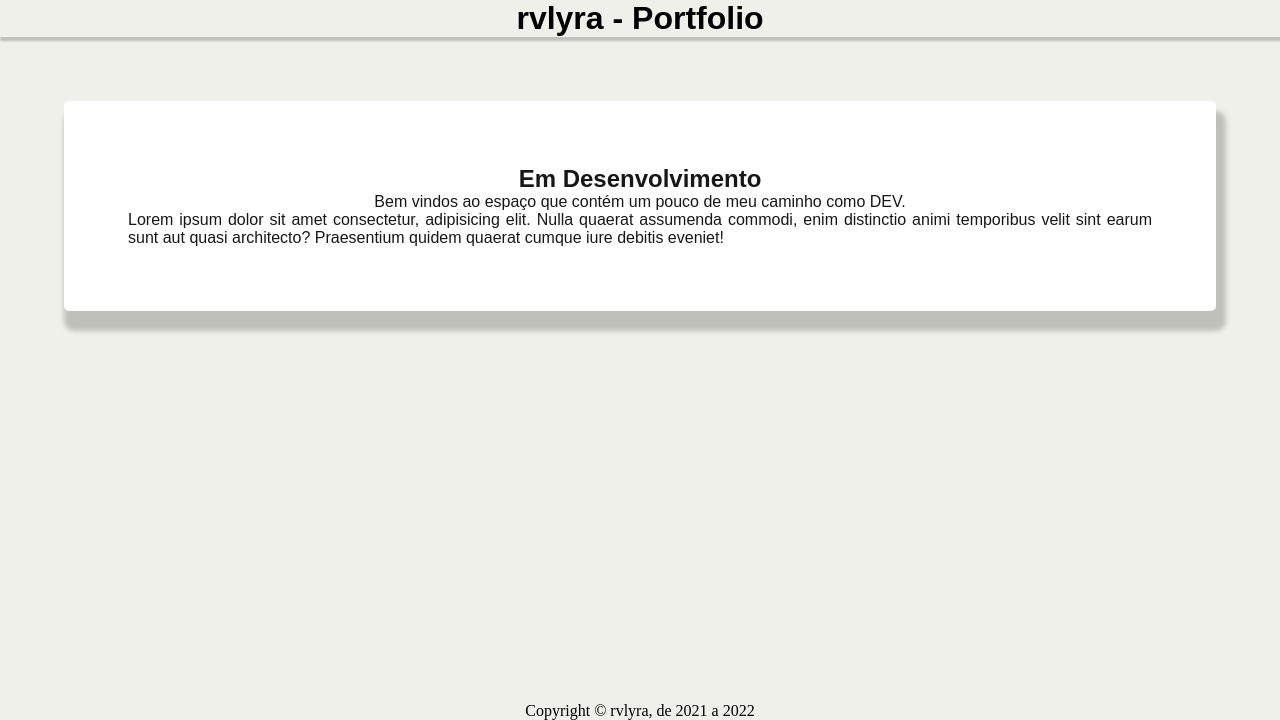
Repository: rvlyra/splash-screen-rvlyra
Page: Portfolio-RVLYRA/public/index.html
An editor plug-in stored every save of this project. The page is shown before and after the next save, followed by the edit.
The browser window is 1280 px wide. The pictures show the whole page.
Some web fonts or font styles are not loaded; a fallback is used.

Above is the page before, as saved 2022-07-06 09:40:12.

### Portfolio-RVLYRA/public/index.html
<!DOCTYPE html>
<html lang="en">
<head>
    <meta charset="UTF-8">
    <meta http-equiv="X-UA-Compatible" content="IE=edge">
    <meta name="viewport" content="width=device-width, initial-scale=1.0">
    <link rel="stylesheet" href="../assets/src/css/rl.main.css">
    <title>rvlyra @ Portfolio</title>
</head>
<body>
    <main>

        <header class="header">
            <h1>rvlyra - Portfolio</h1>
        </header>

        <section class="sec-one">
            <h2>Em Desenvolvimento</h2>
            <p>Bem vindos ao espaço que contém um pouco de meu caminho como DEV.</p>
            <p>Lorem ipsum dolor sit amet consectetur, adipisicing elit. Nulla quaerat assumenda commodi, enim distinctio animi temporibus velit sint earum sunt aut quasi architecto? Praesentium quidem quaerat cumque iure debitis eveniet!</p>
        </section>
        <section></section>
        <section></section>


    </main>
    <footer class="footer">
        <p>Copyright © rvlyra, de 2021 a <span id="ano"></span></p>
    </footer>


      <script src="../assets/src/js/rl.main.js"></script>
</body>
</html>

### Portfolio-RVLYRA/assets/src/css/rl.main.css
@import url('https://fonts.googleapis.com/css2?family=Mingzat&display=swap');

* {
    margin: 0;
    padding: 0;
    box-sizing: border-box;
}

.header {
    font-family: 'Mingzat', sans-serif;
    display:flex;
    justify-content:center;
    align-items:center;
    box-shadow: 2px 2px 2px 2px rgba(0, 0, 0, 0.2);
}

main {
    background-color: rgb(240, 240, 234);
    width:100vw;
    height:100vh;
}

.sec-one {
    font-family: 'Mingzat', sans-serif;
    display:flex;
    justify-content:space-evenly;
    align-items:center;
    flex-direction: column;
    color: rgb(24, 23, 23);
    text-align: justify;
    margin: 5%;
    padding: 5%;
    border-radius: 5px;
    box-shadow: 5px 15px 5px 5px rgba(0, 0, 0, 0.2);

    background-color:rgb(255, 255, 255);

}

.footer {
    width: 100%;
    bottom: 0;
    position: fixed;
    text-align: center;
}

### Portfolio-RVLYRA/assets/src/js/rl.main.js
const ano = document.getElementById("ano");
const anoAtual = new Date();
ano.innerHTML = anoAtual.getFullYear();

After the next save:
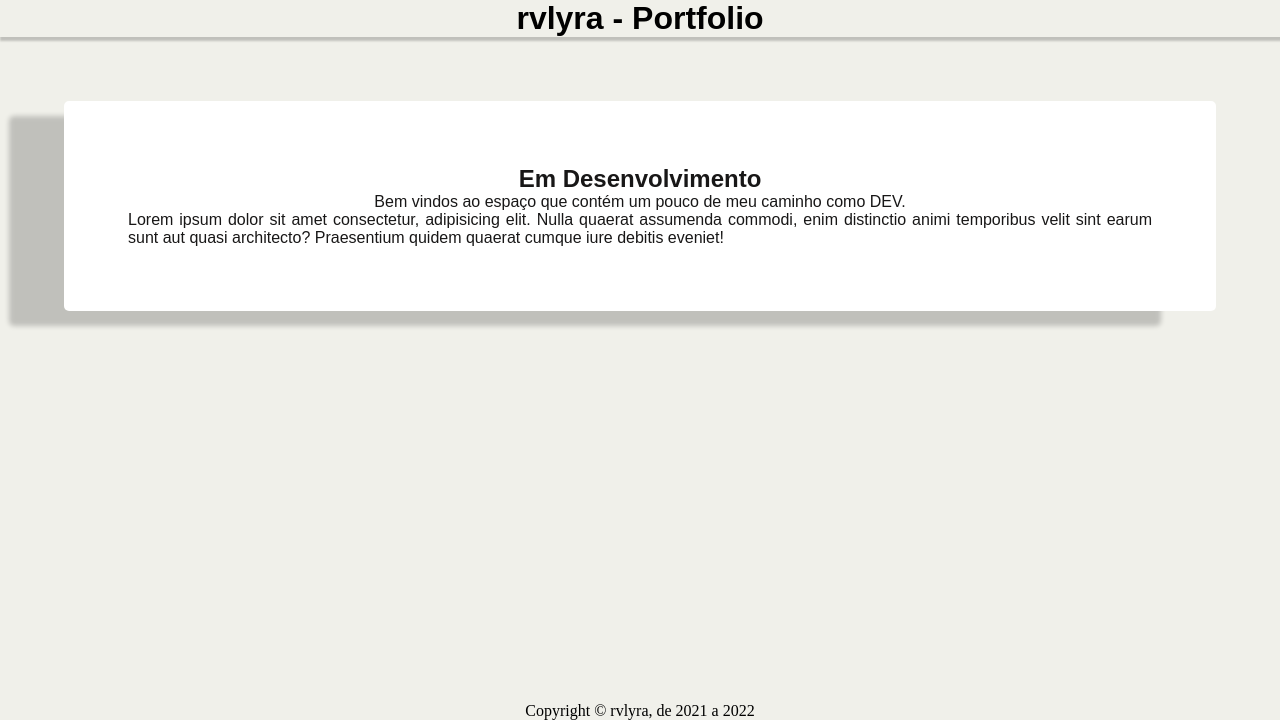
Saved 7 s later.
--- a/Portfolio-RVLYRA/assets/src/css/rl.main.css
+++ b/Portfolio-RVLYRA/assets/src/css/rl.main.css
@@ -31,7 +31,7 @@ main {
     margin: 5%;
     padding: 5%;
     border-radius: 5px;
-    box-shadow: 5px 15px 5px 5px rgba(0, 0, 0, 0.2);
+    box-shadow: -55px 15px 5px  rgba(0, 0, 0, 0.2);
 
     background-color:rgb(255, 255, 255);
 
